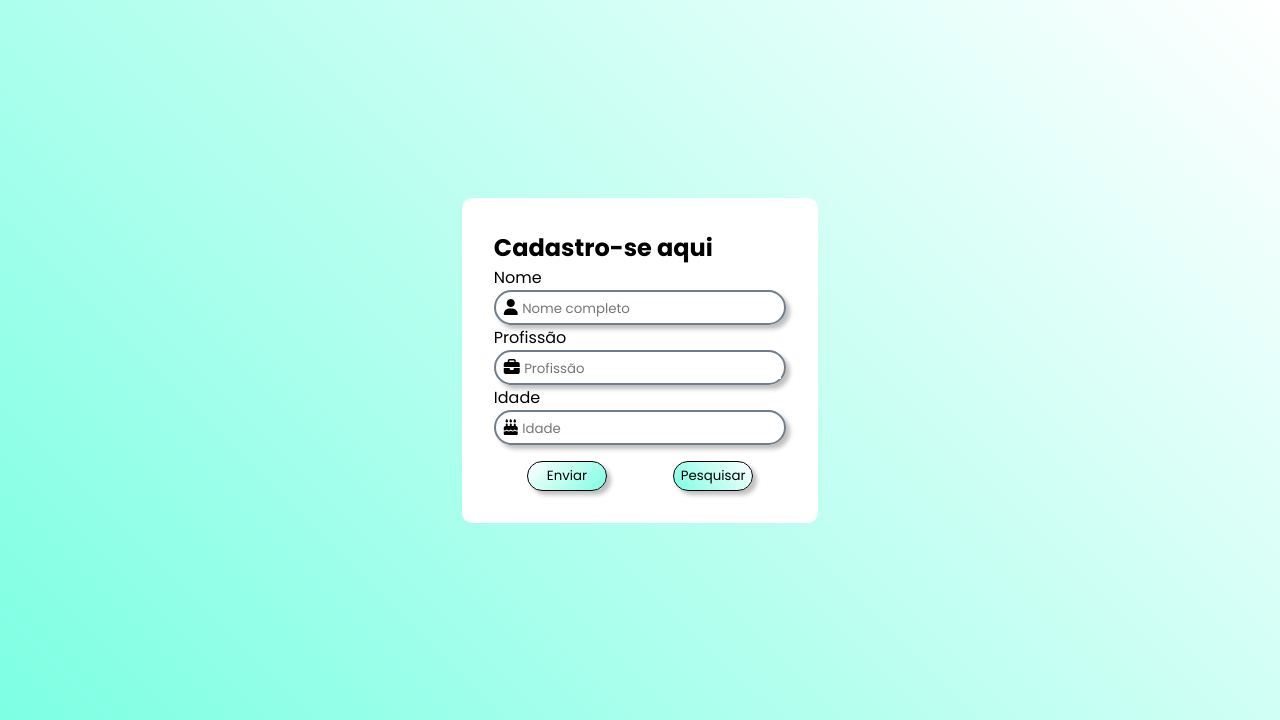
Repository: alef-torres/TesteUnicontrol
Page: DesafioUnicontrol/desafioUnicontrol/src/main/webapp/index.html
The author's editor kept a copy of each file at every save. The page is drawn from the files as they stood at one save, then again after the next save.
The browser window is 1280 px wide. The pictures show the whole page.
Some web libraries are served in a nearby version.

Above is the page before, as saved 2024-02-09 15:48:49.

After the next save:
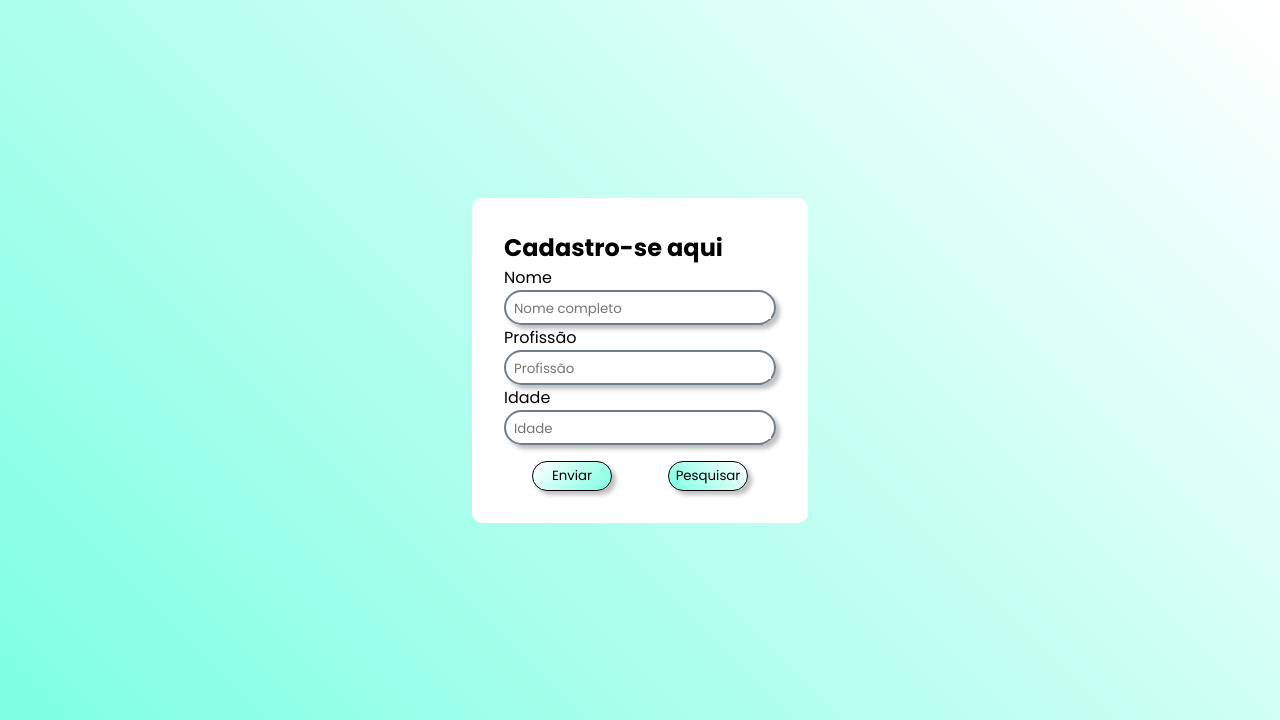
Saved 2 min 33 s later.
--- a/DesafioUnicontrol/desafioUnicontrol/src/main/webapp/index.html
+++ b/DesafioUnicontrol/desafioUnicontrol/src/main/webapp/index.html
@@ -6,7 +6,7 @@
     <meta name="viewport" content="width=device-width, initial-scale=1.0">
     <title>CRUD</title>
     <link rel="stylesheet" href="estilo/estilo.css">
-    <script src="https://kit.fontawesome.com/e553b0e27c.js" crossorigin="anonymous"></script>
+
 </head>
 
 <body>

After the save that followed:
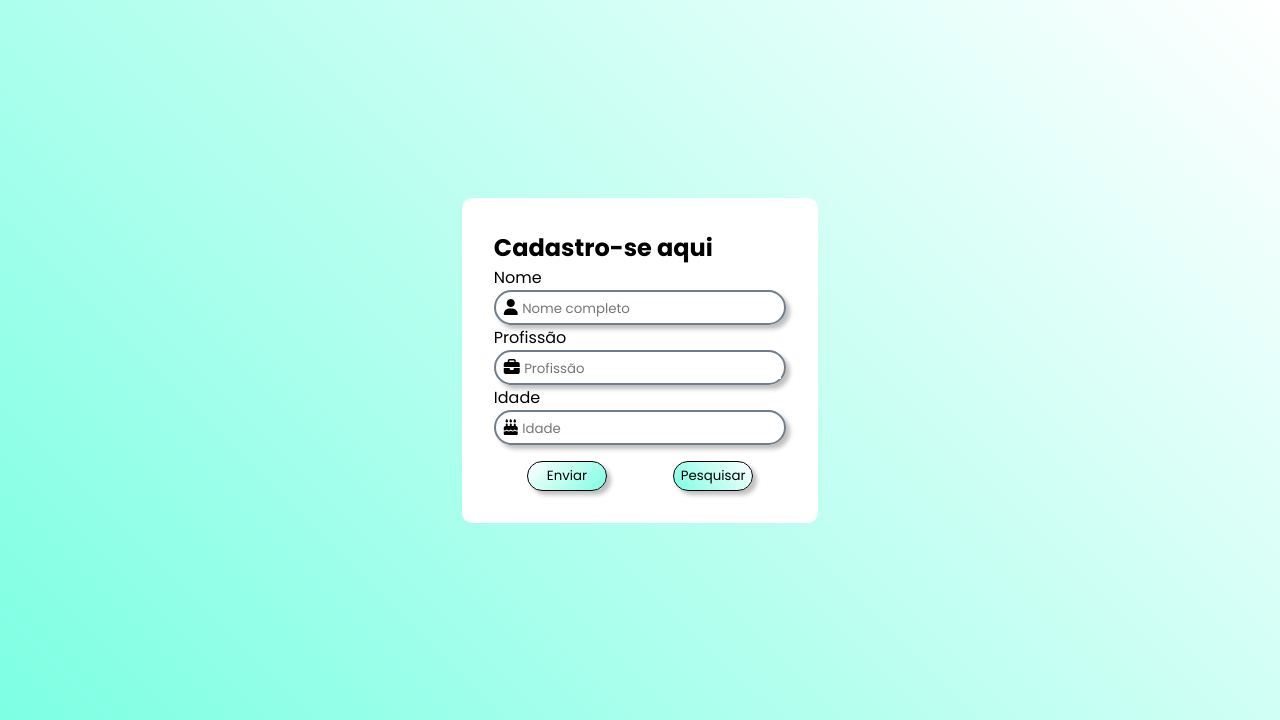
Saved 33 s later.
--- a/DesafioUnicontrol/desafioUnicontrol/src/main/webapp/index.html
+++ b/DesafioUnicontrol/desafioUnicontrol/src/main/webapp/index.html
@@ -6,7 +6,7 @@
     <meta name="viewport" content="width=device-width, initial-scale=1.0">
     <title>CRUD</title>
     <link rel="stylesheet" href="estilo/estilo.css">
-
+    <script src="https://kit.fontawesome.com/e553b0e27c.js"></script>
 </head>
 
 <body>
